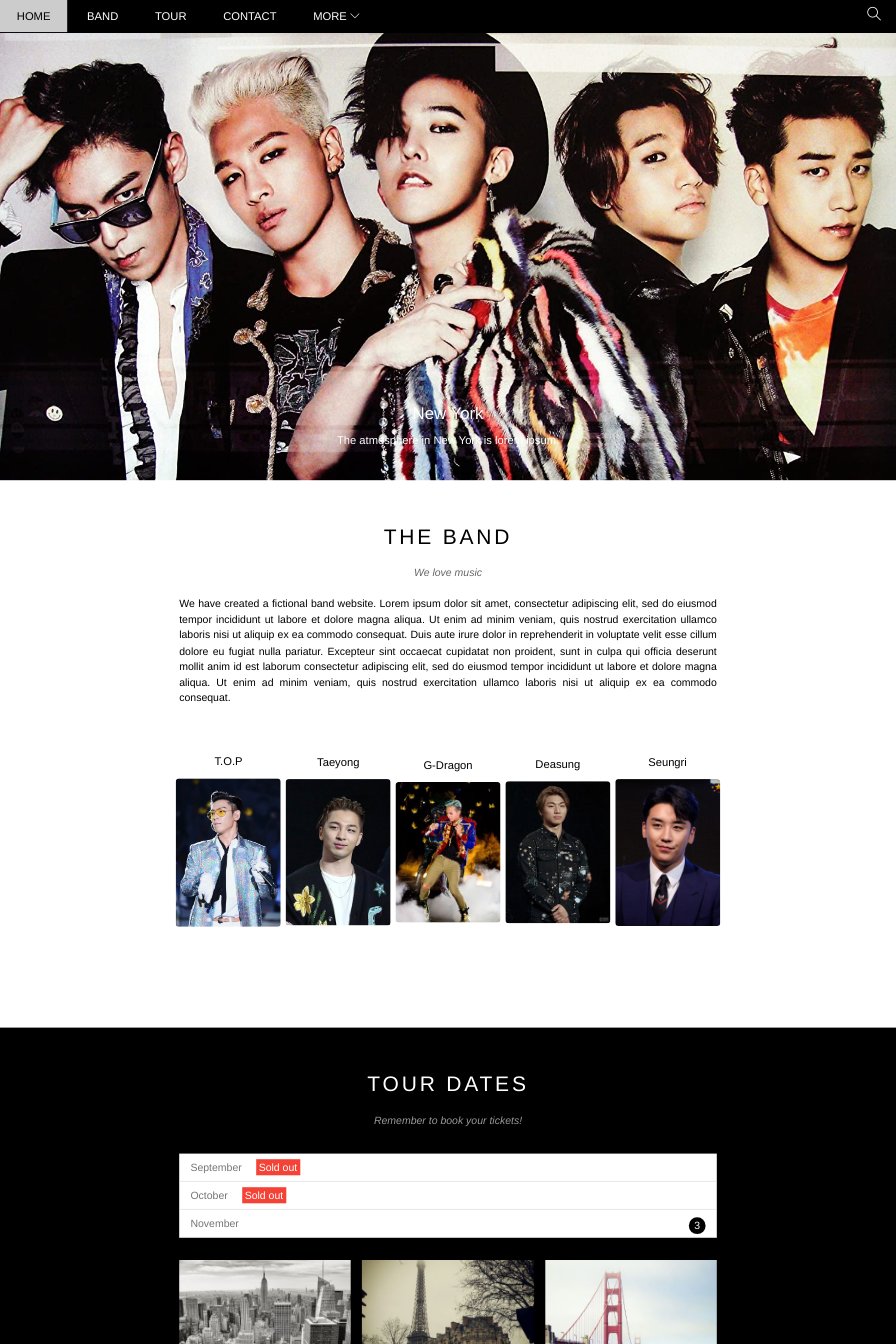
Repository: ThinhTran2k/BigBang-Band-Website
Page: index.html
An editor plug-in stored every save of this project. The page is shown before and after the next save, followed by the edit.
The browser window is 1280 px wide. The pictures show the part of the page from y = 0 to 1920 px (the page is 3651 px tall), at 70% of full size.

Above is the page before, as saved 2021-03-15 15:40:07.

After the next save:
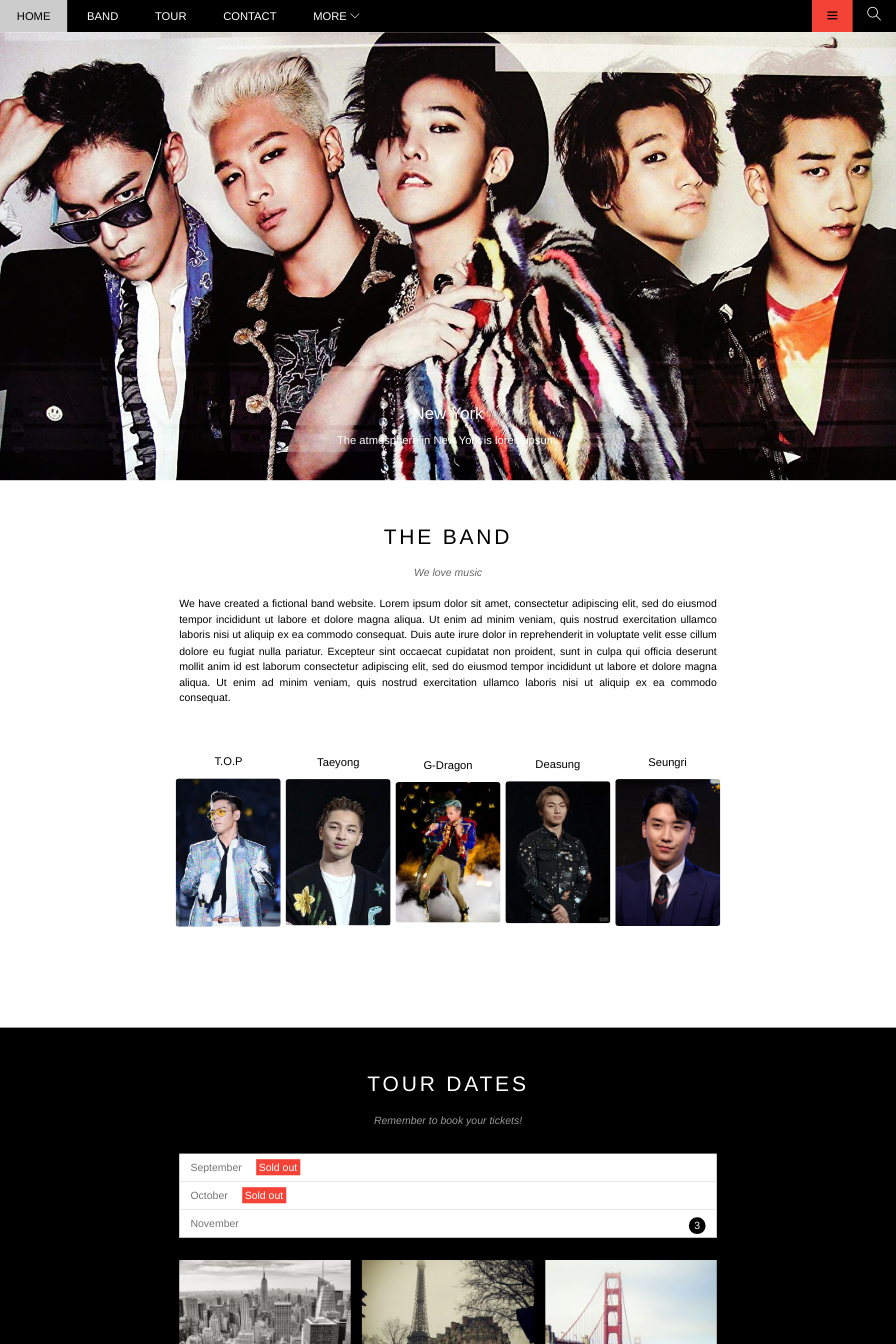
Saved 32 s later.
--- a/asset/css/style.css
+++ b/asset/css/style.css
@@ -104,7 +104,8 @@
     padding: 0 21px;
     line-height: 46px;
 }
-.header .header__search:hover {
+.header .header__search:hover,
+.header .mobi-menu-responsive {
     cursor: pointer;
     background-color: #f44336;
 }

After the 5 saves that followed:
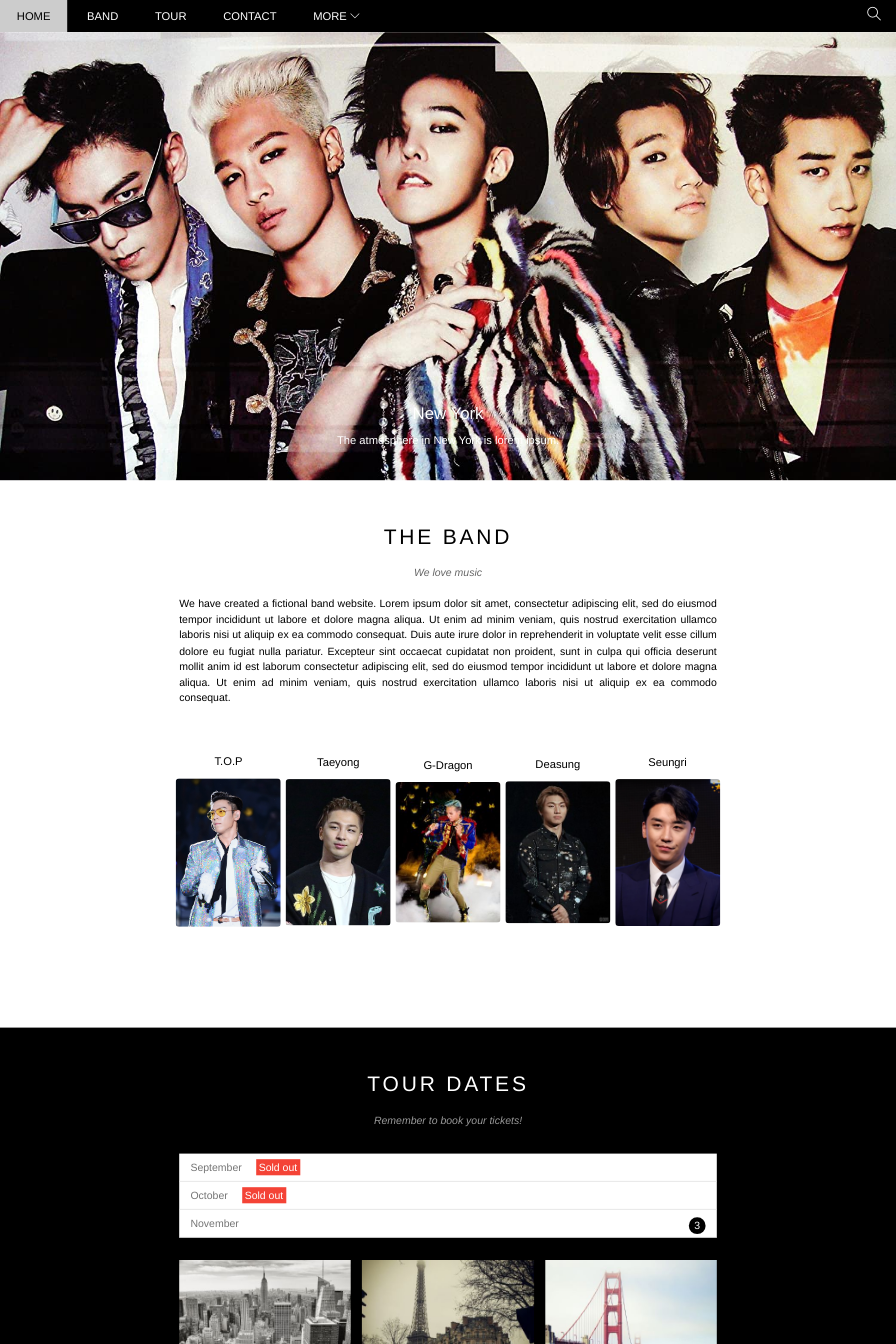
The 5 saves are shown as one change because 1 left the picture as it was and some came seconds apart.
The last was saved 119 s later.
--- a/index.html
+++ b/index.html
@@ -38,7 +38,7 @@
             </div>
 
             <div class="mobi-menu-responsive">
-                <i class="ti-menu"></i>
+                <i class="menti-menu"></i>
             </div>
         </div>
 
--- a/asset/css/style.css
+++ b/asset/css/style.css
@@ -104,8 +104,8 @@
     padding: 0 21px;
     line-height: 46px;
 }
-.header .header__search:hover,
-.header .mobi-menu-responsive {
+.header .mobi-menu-responsive,
+.header .header__search:hover {
     cursor: pointer;
     background-color: #f44336;
 }
